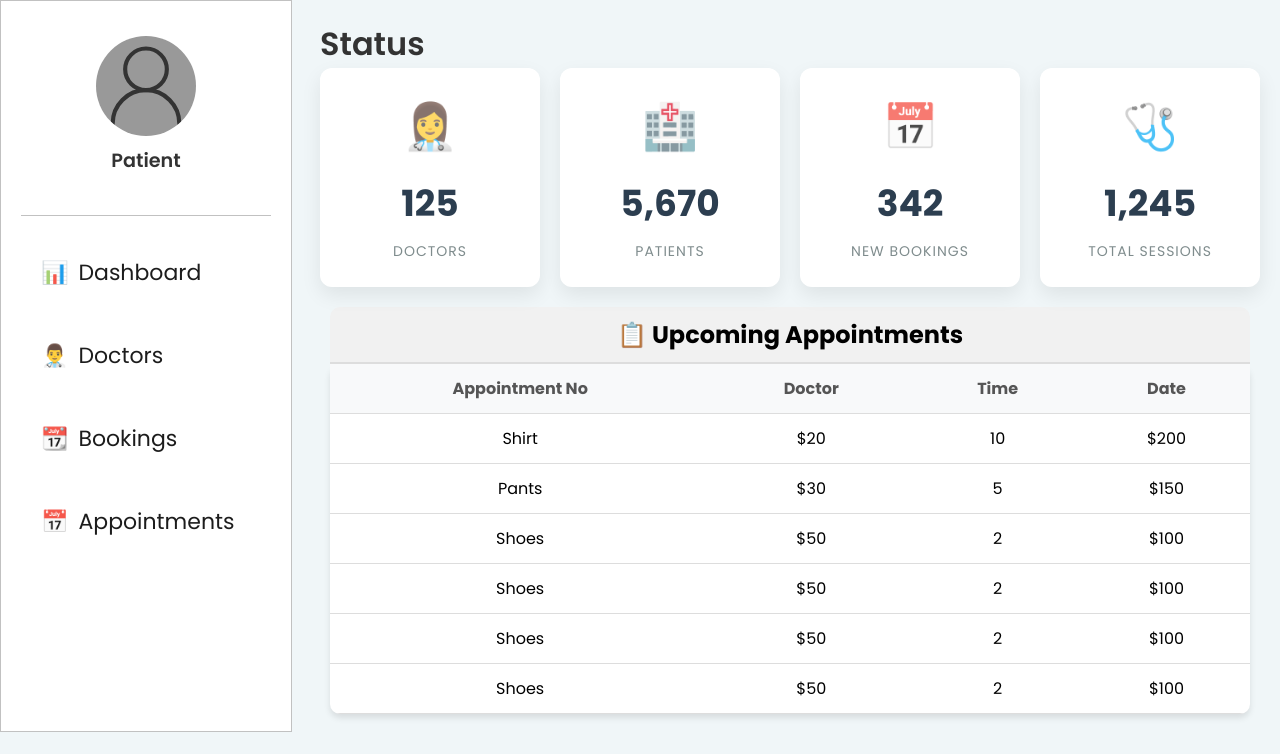
Repository: AriaFantom/Minor-Project
Page: http://localhost/Project/dashboard/patient/panel.jsp
These files come from the project's save history. The page is drawn as it stood at one moment and after the next save; the edit follows.
The browser window is 1280 px wide. The pictures show the whole page.
Some web fonts or font styles are not loaded; a fallback is used. The page is served by Tomcat 10. Other server files are loaded and not shown.

Above is the page before, as saved 2024-12-05 06:32:47.

### Project/src/main/webapp/dashboard/patient/panel.jsp
<%@ page language="java" contentType="text/html; charset=UTF-8"
    pageEncoding="UTF-8"%>
<!DOCTYPE html>
<html lang="en">
<head>
    <meta charset="UTF-8">
    <title>Title</title>
    <link rel="stylesheet" href="../../css/patient-panel.css">
</head>
<body>
<aside class="side-bar">
    <div class="user-info">
        <svg xmlns="http://www.w3.org/2000/svg" width="24" height="24" viewBox="0 0 24 24" fill="none"
             stroke="currentColor"
             stroke-width="1" stroke-linecap="round" stroke-linejoin="round" class="user-avatar">
            <circle cx="12" cy="8" r="5"/>
            <path d="M20 21a8 8 0 0 0-16 0"/>
        </svg>
        <p>Patient</p>
    </div>
    <ul class="siderbar-navlinks">
        <li>
            <a href="panel.jsp">
                <div class="icon">📊</div>
                Dashboard
            </a>
        </li>
        <li>
            <a href="doctor.jsp">
                <div class="icon">👨‍⚕️</div>
                Doctors
            </a>
        </li>
        <li>
            <a href="bookings.jsp">
                <div class="icon">📆</div>
                Bookings
            </a>
        </li>
        <li>
            <a href="appointments.jsp">
                <div class="icon">📅</div>
                Appointments
            </a>
        </li>
    </ul>
</aside>
<main>
    <h4 class="panel-heading">Status</h4>
    <div class="stats-container">
        <div class="stats-card doctors">
            <div class="stats-icon">👩‍⚕️</div>
            <div class="stats-number">125</div>
            <div class="stats-label">Doctors</div>
        </div>

        <div class="stats-card patients">
            <div class="stats-icon">🏥</div>
            <div class="stats-number">5,670</div>
            <div class="stats-label">Patients</div>
        </div>

        <div class="stats-card bookings">
            <div class="stats-icon">📅</div>
            <div class="stats-number">342</div>
            <div class="stats-label">New Bookings</div>
        </div>

        <div class="stats-card sessions">
            <div class="stats-icon">🩺</div>
            <div class="stats-number">1,245</div>
            <div class="stats-label">Total Sessions</div>
        </div>
    </div>

    <div class="container">
        <table class="appointment-table">
            <caption>📋 Upcoming Appointments</caption>
            <thead>
            <tr>
                <th>Appointment No</th>
                <th>Doctor</th>
                <th>Time️</th>
                <th>Date</th>
            </tr>
            </thead>
            <tbody>
            <tr>
                <td>Shirt</td>
                <td>$20</td>
                <td>10</td>
                <td>$200</td>
            </tr>
            <tr>
                <td>Pants</td>
                <td>$30</td>
                <td>5</td>
                <td>$150</td>
            </tr>
            <tr>
                <td>Shoes</td>
                <td>$50</td>
                <td>2</td>
                <td>$100</td>
            </tr>
            <tr>
                <td>Shoes</td>
                <td>$50</td>
                <td>2</td>
                <td>$100</td>
            </tr>
            <tr>
                <td>Shoes</td>
                <td>$50</td>
                <td>2</td>
                <td>$100</td>
            </tr>
            <tr>
                <td>Shoes</td>
                <td>$50</td>
                <td>2</td>
                <td>$100</td>
            </tr>
            </tbody>
        </table>

    </div>
</main>
</body>
</html>

### Project/src/main/webapp/css/patient-panel.css
@import url('https://fonts.googleapis.com/css2?family=DM+Serif+Text:ital@0;1&family=PT+Sans:ital,wght@0,400;0,700;1,400;1,700&family=Poppins:ital,wght@0,100;0,200;0,300;0,400;0,500;0,600;0,700;0,800;0,900;1,100;1,200;1,300;1,400;1,500;1,600;1,700;1,800;1,900&family=Ubuntu:ital,wght@0,300;0,400;0,500;0,700;1,300;1,400;1,500;1,700&display=swap');

* {
    margin: 0;
    padding: 0;
}

body {
    background-color: #f0f6f8;
}


.side-bar {
    background: #fff;
    font-family: "Poppins", sans-serif;
    position: fixed;
    padding: 5px 20px;
    top: 0;
    left: 0;
    width: 250px;
    height: 100%;
    border: 1px solid rgba(51, 51, 51, 0.3);
    transition: 0.5s;
}

.user-info {
    display: flex;
    flex-direction: column;
    justify-content: center;
    align-items: center;
    padding: 30px 0px;
    border-bottom: 1px solid rgba(51, 51, 51, 0.3);
}

.user-avatar {
    width: 100px;
    height: 100px;
    border-radius: 50%;
    color: #333333;
    background: #999999;
}

.user-info p {
    margin: 10px 0;
    font-size: 1.2rem;
    font-weight: 600;
    color: #333333;
}

/* Nav Links */

.siderbar-navlinks {
    display: flex;
    flex-direction: column;
    gap: 10px;
    margin-top: 20px;
    list-style: none;
}

.side-bar li,
.side-bar a {
    text-decoration: none;
    font-size: 22px;
    display: flex;
    color: rgba(0, 0, 0, 0.89);
    gap: 10px;
    align-items: center;
    cursor: pointer;
    padding: 10px;
    transition: 0.5s;
}

.side-bar li:hover {
    background: #96c2c2;
    border-radius: 5px;
}

main {
    font-family: "Poppins", sans-serif;
    margin-left: 300px;
    padding: 20px;

}

.top-heading {
    display: flex;
    flex-direction: row;
    justify-content: space-between;
    margin-bottom: 20px;
}

.add-button {
    background-color: #3d8182;
    color: white;
    padding: 10px 20px;
    border-radius: 5px;
    font-size: 1.2rem;
    font-weight: 600;
    cursor: pointer;
    transition: 0.5s;
    border: none;
}

.panel-heading {
    font-size: 2rem;
    font-weight: 600;
    color: #333333;
}

.stats-container {
    display: grid;
    grid-template-columns: repeat(4, 1fr);
    gap: 20px;

    width: 100%;
}

.stats-card {
    background-color: white;
    border-radius: 12px;
    box-shadow: 0 8px 20px rgba(0, 0, 0, 0.08);
    padding: 25px;
    text-align: center;
    transition: all 0.3s ease;
    position: relative;
    overflow: hidden;
}

.stats-card:hover {
    transform: translateY(-10px);
    box-shadow: 0 12px 25px rgba(0, 0, 0, 0.12);
}

.stats-icon {
    font-size: 45px;
    margin-bottom: 15px;
    opacity: 0.7;
}

.stats-number {
    font-size: 36px;
    font-weight: bold;
    color: #2c3e50;
    margin-bottom: 10px;
}

.stats-label {
    font-size: 14px;
    color: #7f8c8d;
    text-transform: uppercase;
    letter-spacing: 1px;
}

/* All the tables in the main section */
.container {
    margin: 20px 10px;
    display: flex;
    gap: 40px;
    justify-content: space-between;
}

.appointment-table {
    width: 100%;
    border-collapse: collapse;
    background-color: #fff;
    border-radius: 10px;
    box-shadow: 0 4px 6px rgba(0, 0, 0, 0.1);
    overflow: hidden;
}

.appointment-table caption {
    font-size: 1.5em;
    font-weight: bold;
    padding: 10px;
    text-align: center;
    background-color: #f1f1f1;
    border-bottom: 2px solid #ddd;
}

.appointment-table th, .appointment-table td {

    padding: 12px 18px;
    text-align: center;
    border-bottom: 1px solid #ddd;
}

.appointment-table th {
    background-color: #f8f9fa;
    color: #555;
}

.appointment-table tr:hover {
    background-color: #f1f1f1;
}

.appointment-table td {
    font-size: 1em;
}

.bookings-container {
    display: flex;
    flex-direction: column;
    gap: 4px;
}

.bookings-card,
.doctor-card {
    cursor: pointer;
    display: flex;
    flex-direction: column;
    gap: 5px;
    background-color: white;
    border-radius: 12px;
    box-shadow: 0 8px 20px rgba(0, 0, 0, 0.08);
    padding: 25px;
    text-align: start;
    transition: all 0.3s ease;
    position: relative;
    overflow: hidden;
}

.bookings-card:hover,
.doctor-card:hover {
    box-shadow: 0 12px 25px rgba(0, 0, 0, 0.12);
}

.bookings-card h2 {
    font-size: 1.5rem;
    font-weight: 600;
    color: #59a5a6;
}

.highlight-text {
    font-size: 1.2rem;
    font-weight: 600;
    color: #333333;
}
.searchbar-header {
    display: flex;
    flex-direction: row;
    justify-content: space-between;
    align-items: center;
    margin-bottom: 20px;
    width: 100%;
}
.searchbar-header input {
    padding: 10px;
    border-radius: 5px;
    border: 1px solid #ccc;
    width: 300px;
    font-size: 1.2rem;
}
.searchbar-header button {
    padding: 10px 20px;
    border-radius: 5px;
    background-color: #3d8182;
    color: white;
    font-size: 1.2rem;
    font-weight: 600;
    cursor: pointer;
    border: none;
}

.doctors-container {
    display: flex;
    flex-wrap: wrap;
    gap: 20px;
}
.doctor-card {
	width: 300px;
	height: 300px;
    padding: 20px 40px;
    display: flex;
    flex-direction: column;
    align-items: center;
    text-align: center;
}


.slots-container {
        margin-top: 10px;
    }
.slots-label {
        font-weight: bold;
        color: #333;
    }
.slots-select {
        margin-top: 5px;
        width: 100%;
        padding: 5px;
        border-radius: 4px;
        border: 1px solid #ccc;
        font-size: 14px;
        background: #fff;
    }
.no-schedules {
        margin-top: 5px;
        color: #888;
        font-size: 14px;
}
.alert {
            padding: 15px;
            margin: 20px auto;
            border-radius: 4px;
            width: 95%;
            font-size: 16px;
            text-align: center;
}
.alert-success {
            color: #155724;
            background-color: #d4edda;
            border: 1px solid #c3e6cb;
}
.alert-danger {
            color: #721c24;
            background-color: #f8d7da;
            border: 1px solid #f5c6cb;
 }
.errordiv {
	display: flex;
	flex-direction: column;
	align-items:center;
	justify-content:center;
	background-color: #96c2c2;
	height: 100vh;
	width: 100%;
	font-family: "Poppins", sans-serif;
}

.errordiv h1 {
	text-transform: uppercase;
}

After the next save:
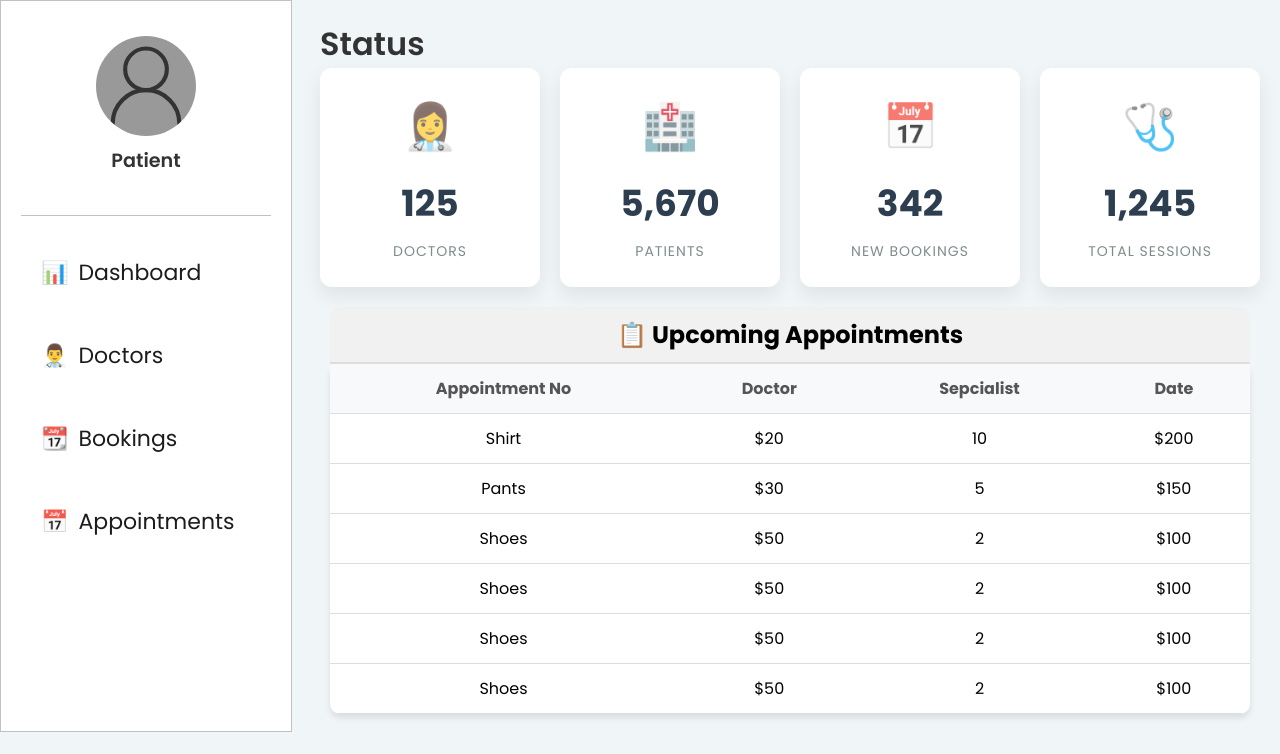
Saved 37 s later.
--- a/Project/src/main/webapp/dashboard/patient/panel.jsp
+++ b/Project/src/main/webapp/dashboard/patient/panel.jsp
@@ -80,7 +80,7 @@
             <tr>
                 <th>Appointment No</th>
                 <th>Doctor</th>
-                <th>Time️</th>
+                <th>Sepcialist</th>
                 <th>Date</th>
             </tr>
             </thead>
